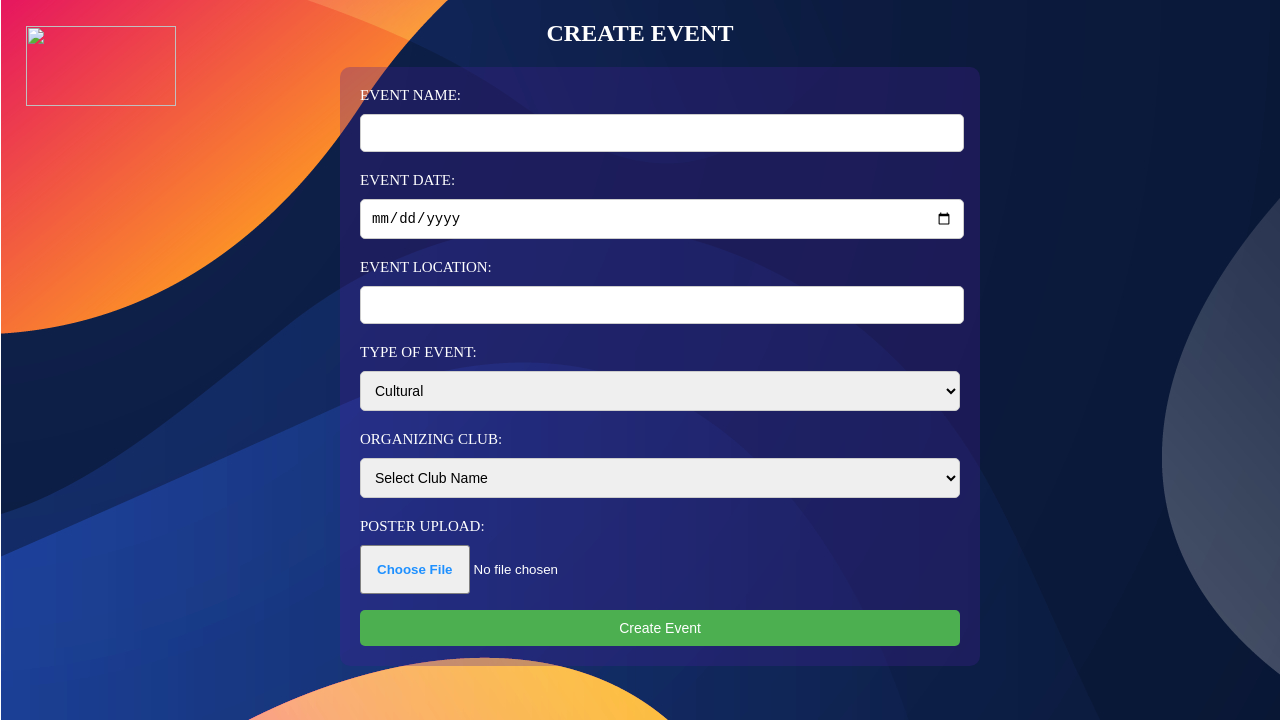
Repository: Tanvi0901/NIET-EVENT-MANAGEMENT-WEBSITE
Page: http://localhost/MiniProject/createform.jsp
An editor plug-in stored every save of this project. The page is shown before and after the next save, followed by the edit.
The browser window is 1280 px wide. The pictures show the whole page.
The page is served by Tomcat 10. Other server files are loaded and not shown.

Above is the page before, as saved 2023-05-06 10:48:23.
Not found: adv/MiniProject/MiniProject/logo (2).png

### adv/MiniProject/src/main/webapp/createform.jsp
<%@ page language="java" contentType="text/html; charset=ISO-8859-1"
    pageEncoding="ISO-8859-1"%>
<!DOCTYPE html>
<html>
<head>
<meta charset="ISO-8859-1">
<title>Create Event</title>
  <link rel="stylesheet" href="createform.css">
</head>
<body>
 <img src="logo (2).png"  width = "150px" height="80px" top="20px" left="0px" class="logo">
    <div class="background-image"></div>
  <div class="container">

    <h2>CREATE EVENT</h2>
    <form>
      <label for="event-name">EVENT NAME:</label>
      <input type="text" id="event-name" name="event-name" required>

      <label for="event-date">EVENT DATE:</label>
      <input type="date" id="event-date" name="event-date" style="width: 97%;" required>

      <label for="event-location">EVENT LOCATION:</label>
      <input type="text" id="event-location" name="event-location" required>

      <label for="event-type">TYPE OF EVENT:</label>
      <select id="event-type" name="event-type" required>
        <option value="culture">Cultural</option>
        <option value="sport">Sports</option>
        <option value="art">Arts</option>
        <option value="social">Social</option>
        <option value="technical">Technical</option>
        <option value="other">Other</option>
      </select>

      <label for="organizing-club">ORGANIZING CLUB:</label>
      <select id="organizing-club" name="organizing-club" required>
        <option value="club1">Select Club Name</option>
        <option value="club1">NIET Cricket Club</option>
        <option value="club2">NIET FootBall Club</option>
        <option value="club3">NIET VolleyBallL Club</option>
        <option value="club3">NIET BasketBall Club</option>
        <option value="club3">NIET Indoor Games (Boys, Girls) </option>
        <option value="club3">NIET Kabbadi Club </option>
        <option value="club3">NIET Yoga Club </option>
        <option value="club3">NIET  Athletics Club </option>
        <option value="club3">Dance Club</option>
        <option value="club3">Music Club</option>
        <option value="club3">Theatre Club </option>
        <option value="club3">Editorial Club</option>
        <option value="club3">Kalakriti -Fine Arts and Paint Club</option>
        <option value="club3">Megapixels-Photography Club</option>
        <option value="club3">Jetsetters: Youth Tourism Club</option>
        <option value="club3">Khushiya Baato Club </option>
        <option value="club3">Green Gold Club</option>
        <option value="club3">CodeTronics</option>
        <option value="club3">IETE Students Forum</option>
        <option value="club3">REBOOT: Code eN-Coders</option>
        <option value="club3">Technocrafts Club</option>
        <option value="club3">ISTE (Indian Society of Technical Education)</option>
        <option value="club3">CSI</option>
        <option value="club3">NIET Coding Club</option>
        <option value="club3">ProNetiX</option>
        <option value="club3">Google Developers Students Club </option>
        <option value="club3">CodeChef NIET Chapter</option>
        <option value="club3">The Mindbenders</option>
        <option value="club3">EmergeX </option>
        <option value="club3">DODGE Gaming</option>
        <option value="club3">DLT Club</option>
        <option value="club3">AWS Club</option>
        <option value="club3">CYBERHACK Club</option>
        <option value="club3">Design Thinkers Club</option>
        <option value="club3">Signodes</option>
        <option value="club3">DNA society of Biotechnology</option>
        <option value="club3">Electrifier</option>
        <option value="club3">CHESS (Chemical Engineering Student Society)</option>
      </select>

      <label for="file-upload">POSTER UPLOAD:</label>
      <input type="file" id="file-upload" name="file-upload">


      <input type="submit" value="Create Event">
    </form>
  </div>
</body>
</html>

### adv/MiniProject/src/main/webapp/createform.css
@charset "ISO-8859-1";
body {
  margin: 0;
  padding: 0;
  box-sizing: border-box;
  color: hsl(0, 0%, 100%);
}
.background-image{
  position: fixed;
            height: 100%;
            width: 100%;
            background: url("back.jpg");
            /* background-size: cover; */

            z-index: -1;

}

#file-upload::file-selector-button {
  font-weight: bold;
  color: dodgerblue;
  padding: 1rem;
  margin-bottom: 1rem;
  border: thin solid grey;
  border-radius: 3px;
}
.container {
  max-width: 600px;
  margin: 0 auto;
  padding: 20px;
}

h2 {
  margin-top: 0;
  /* font-size: 36px; */
  text-align: center;
}

form {
  text-align: left;
  width: 100%;
        margin: 0 auto;
        margin-top: 1rem;
        padding: 20px;
        background-color:#4721994a;
        border-radius: 10px;
}

label {
  display: block;
  margin-bottom: 10px;
  font-size: 15px;
}

input[type="text"],
select {
  display: block;
  width: 100%;
  padding: 10px;
  border-radius: 5px;
  border: 1px solid #ccc;
  margin-bottom: 20px;
  font-size: 14px;
}

input[type="date"] {
  display: block;
  width: 100%;
  padding: 10px;
  border-radius: 5px;
  border: 1px solid #ccc;
  margin-bottom: 20px;
  font-size: 14px;
}

input[type="text"]{
  width: 97%;
}

input[type="submit"] {
  display: block;
  width: 100%;
  padding: 10px;
  border-radius: 5px;
  border: none;
  background-color: #4CAF50;
  color: #fff;
  font-size: 14px;
  cursor: pointer;
}

input[type="submit"]:hover {
  background-color: #3E8E41;
}

img{
  position: absolute;
  /* -webkit-filter: blur(5px);
  filter: blur(5px); */

}
.logo{
  margin-top: 2%;
  margin-left: 2%;
}

After the next save:
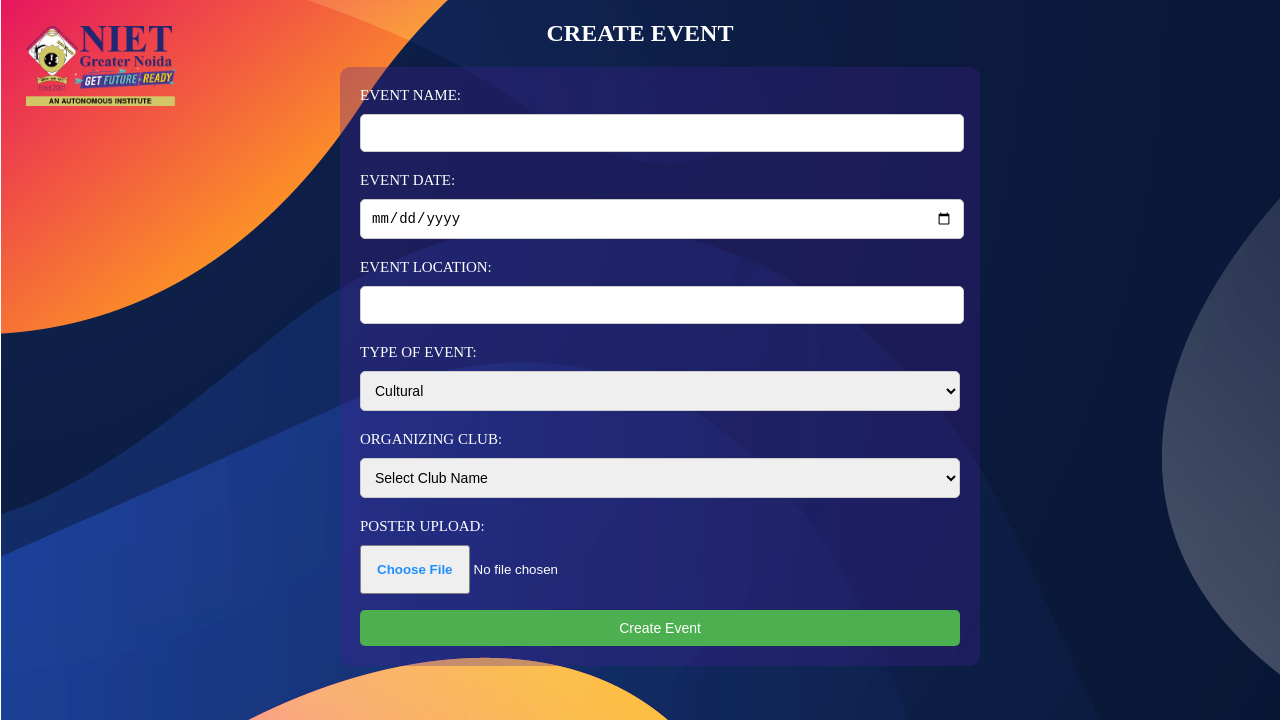
Saved 113 s later.
--- a/adv/MiniProject/src/main/webapp/createform.jsp
+++ b/adv/MiniProject/src/main/webapp/createform.jsp
@@ -8,7 +8,7 @@
   <link rel="stylesheet" href="createform.css">
 </head>
 <body>
- <img src="logo (2).png"  width = "150px" height="80px" top="20px" left="0px" class="logo">
+ <img src="logo.png"  width = "150px" height="80px" top="20px" left="0px" class="logo">
     <div class="background-image"></div>
   <div class="container">
 
